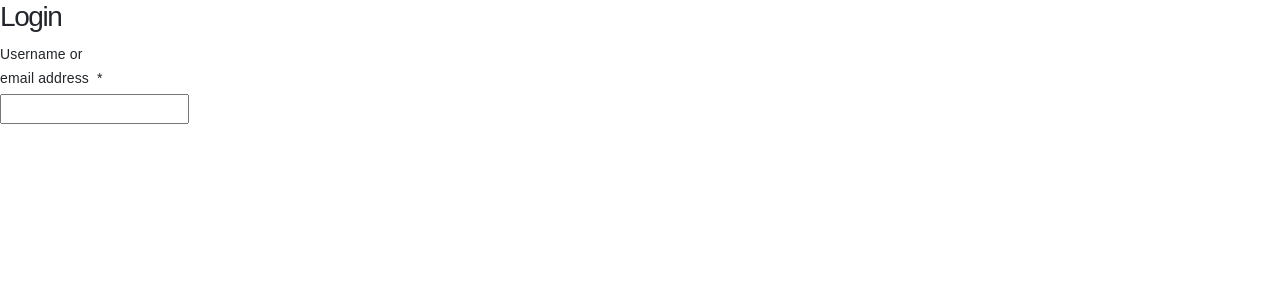
Repository: NguyenDo13/BE2-NhomH
Page: module-20,21/index.html
The author's editor kept a copy of each file at every save. The page is drawn from the files as they stood at one save, then again after the next save.
The browser window is 1280 px wide. The pictures show the whole page.

Above is the page before, as saved 2022-05-21 07:23:06.

### module-20,21/index.html
<!DOCTYPE html>
<html lang="en">


<head>
    <meta charset="UTF-8" />
    <meta http-equiv="X-UA-Compatible" content="IE=edge" />
    <meta name="viewport" content="width=device-width, initial-scale=1.0" />
    <link rel="stylesheet" href="index/public/css/style.css" />
    <link rel="stylesheet" href="index/public/css/bootstrap.min.css" />
    <link rel="stylesheet" href="https://cdnjs.cloudflare.com/ajax/libs/font-awesome/6.0.0/css/all.min.css" />
    <title>Document</title>
</head>

<body>
    <div class="maincontainer">
        <div class="remaincontainer">
            <div class="boxcontent">
                <div class="u-columns col2-set">
                    <div class="u-column1 col-1">
                        <form action="" class="formSignin">
                            <h3 class="title-login"> Login </h3>
                            <p class="titleinput-login-username">
                                <label class="mb-1 font-weight-medium" for="username">Username or email address&nbsp;
                                    <span class="required">*</span>
                                </label>
                                <input type="text" class="input-login-username" name="username" id="username">
                            </p>
                        </form>
                    </div>
                    <div class="u-column2 col-2"></div>
                </div>
            </div>
        </div>
    </div>
</body>

</html>

### module-20,21/index/public/css/style.css
   /*Module 20 21 Tai Em*/

   h3 {
       font: var(--porto-h3-fst, normal) 700 var(--porto-h3-fs, 1.8em)/var(--porto-h3-lh, 32px) "Poppins", sans-serif;
       color: var(--porto-h3-color, #222529);
       letter-spacing: var(--porto-h3-ls, -0.05em);
       margin-bottom: 20px;
   }

   body {
       margin: 0;
       font-family: Poppins, sans-serif;
       font-size: 0.875rem;
       font-weight: 400;
       line-height: 24px;
       color: #777;
       background-color: #fff;
       -webkit-text-size-adjust: 100%;
       -webkit-tap-highlight-color: rgba(0, 0, 0, 0);
   }

   .containerrr {
       width: 100%;
       padding-right: var(--bs-gutter-x, 10px);
       padding-left: var(--bs-gutter-x, 10px);
       margin-right: auto;
       margin-left: auto;
       max-width: none;
   }

   .row {
       --bs-gutter-x: 20px;
       --bs-gutter-y: 0;
       display: flex;
       flex-wrap: wrap;
       margin-top: calc(var(--bs-gutter-y) * -1);
       margin-right: calc(var(--bs-gutter-x) / -2);
       margin-left: calc(var(--bs-gutter-x) / -2);
   }

   .maincontent {
       padding-top: 35px;
       padding-bottom: 40px;
   }

   .content {}

   .align-left {
       text-align: left;
   }

   form {
       display: block;
       margin-top: 0em;
   }

   .textcontent {
       font-size: 22px;
       font-weight: 700;
       letter-spacing: -0.01em;
   }

   .form-row:not(.row) {
       display: block;
       margin-left: 0;
       margin-right: 0;
   }

   .form-row-wide {
       width: 100%;
   }

   .form-row {
       margin-bottom: 15px;
       vertical-align: top;
   }

   .form-row {
       display: flex;
       flex-wrap: wrap;
       margin-right: -5px;
       margin-left: -5px;
   }

   p,
   .porto-u-sub-heading {
       font-family: Poppins, sans-serif;
       font-weight: 400;
       font-size: 14px;
       line-height: 24px;
       letter-spacing: .14px;
   }

   p {
       margin: 0 0 1.25rem;
   }

   p {
       margin-top: 0;
       margin-bottom: 1rem;
   }

   .form-row label {
       display: block;
   }

   .font-weight-medium {
       font-weight: 500;
   }

   .form-row>* {
       max-width: 100%;
   }

Loaded but not shown: module-20,21/index/public/css/bootstrap.min.css (library)

After the next save:
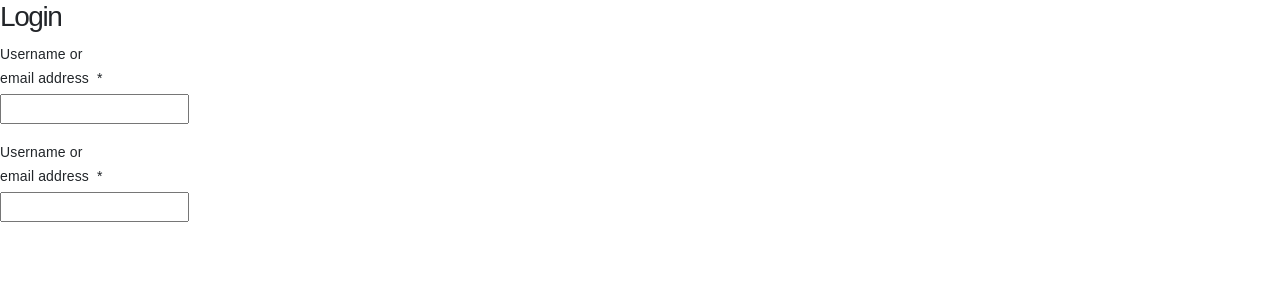
Saved 16 s later.
--- a/module-20,21/index.html
+++ b/module-20,21/index.html
@@ -26,6 +26,12 @@
                                 </label>
                                 <input type="text" class="input-login-username" name="username" id="username">
                             </p>
+                            <p class="titleinput-login-username">
+                                <label class="mb-1 font-weight-medium" for="username">Username or email address&nbsp;
+                                    <span class="required">*</span>
+                                </label>
+                                <input type="text" class="input-login-username" name="username" id="username">
+                            </p>
                         </form>
                     </div>
                     <div class="u-column2 col-2"></div>
